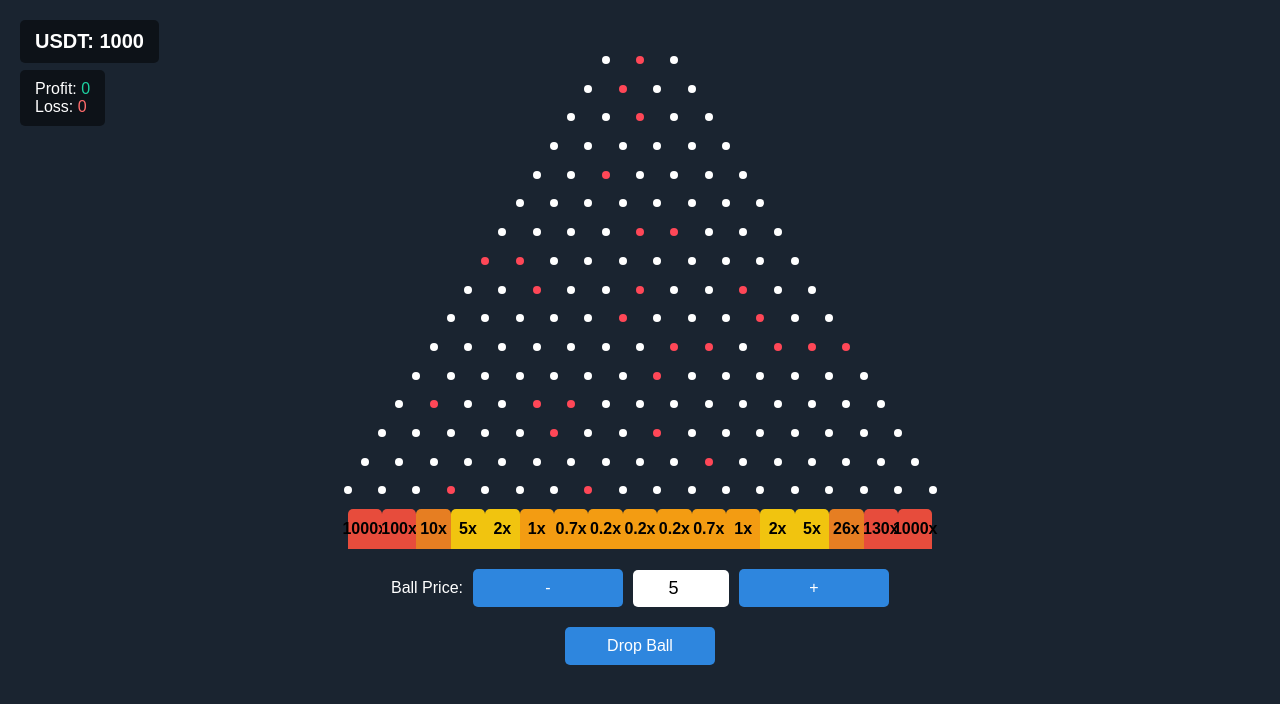
Repository: daffa-alif/PLINKO-JS
Page: plinko.html
These files come from the project's save history. The page is drawn as it stood at one moment and after a run of saves; the edit follows.
The browser window is 1280 px wide. The pictures show the whole page.

Above is the page before, as saved 2025-03-07 08:41:51.

After the next 2 saves:
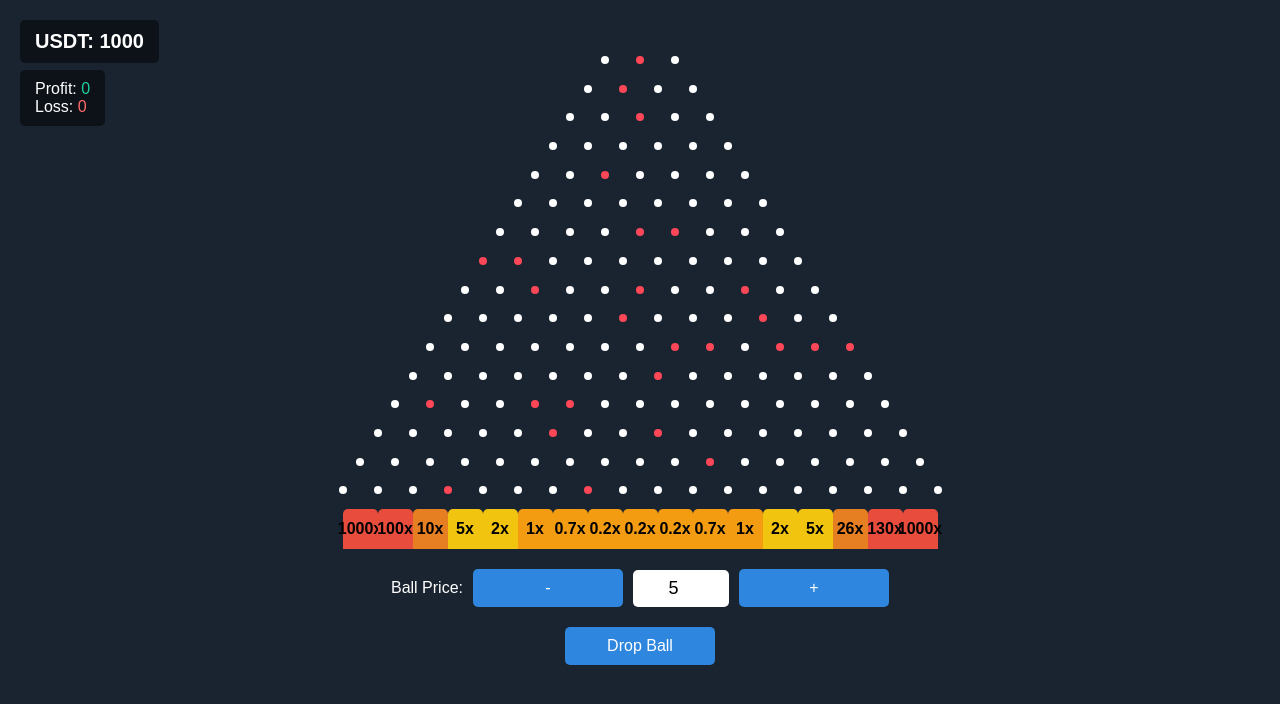
The 2 saves are shown as one change because they came seconds apart.
The last was saved 37 s later.
--- a/plinko.html
+++ b/plinko.html
@@ -214,7 +214,7 @@
             maxActiveBalls: 10,
             // Updated multipliers to match the image exactly
             multipliers: [1000, 100, 10, 5, 2, 1, 0.7, 0.2, 0.2, 0.2, 0.7, 1, 2, 5, 26, 130, 1000],
-            horizontalSpacingFactor: 1.17
+            horizontalSpacingFactor: 1.19
         };
 
         let balance = 1000;
